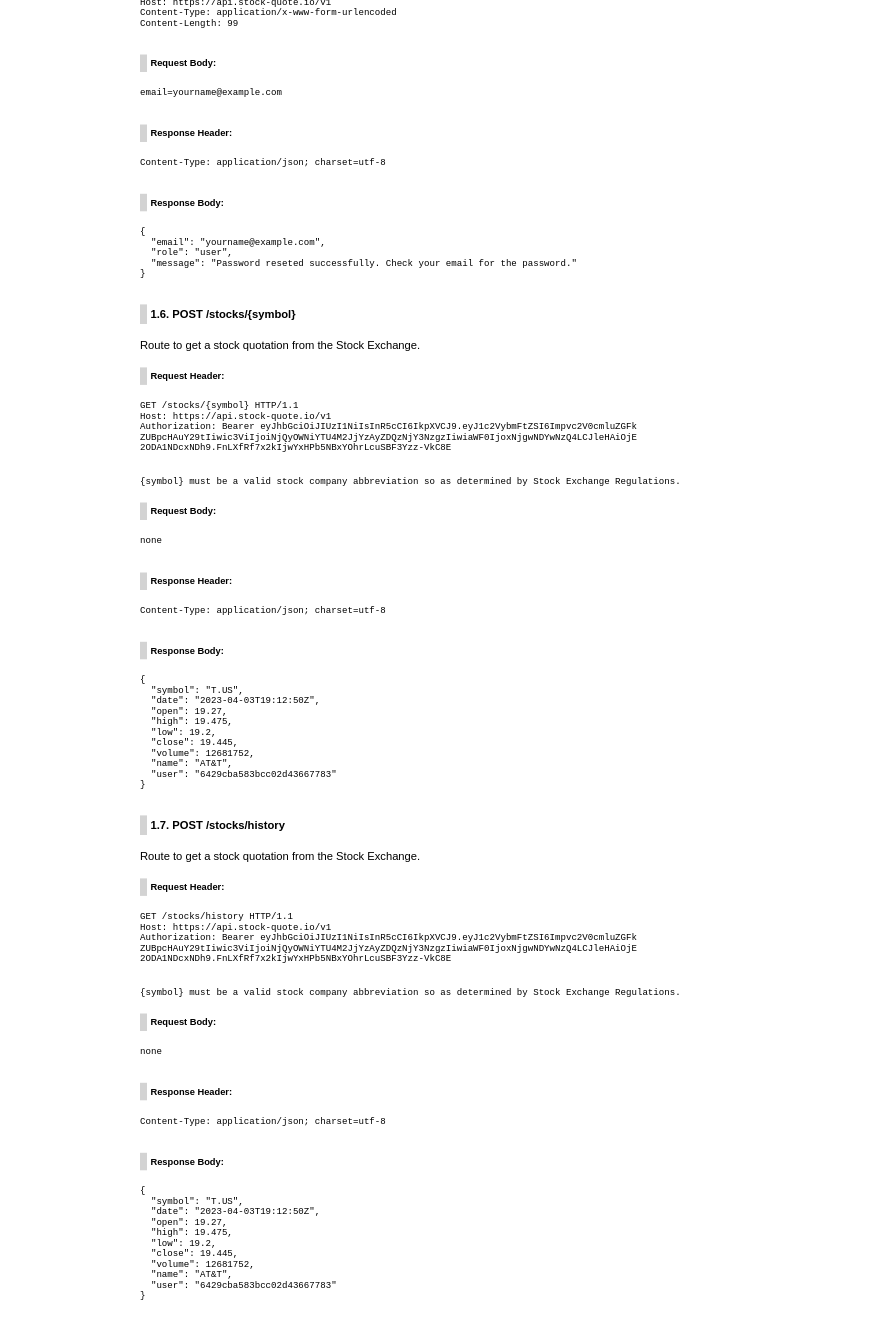
Repository: miguelamello/nest-js
Page: stock-service/reference.html
The author's editor kept a copy of each file at every save. The page is drawn from the files as they stood at one save, then again after the next save.
The browser window is 1280 px wide. The pictures show the part of the page from y = 3007 to 4927 px (the page is 4927 px tall before and 4893 px after), at 70% of full size.

Above is the page before, as saved 2023-04-03 14:32:42.

### stock-service/reference.html
<!DOCTYPE html>
<html lang="en">
<head>
  <meta charset="UTF-8">
  <meta http-equiv="X-UA-Compatible" content="IE=edge">
  <meta name="viewport" content="width=device-width, initial-scale=1.0">
  <title>STOCK QUOTE MICROSERVICE REFERENCE</title>
  <style>
    body {
      font-family: Arial, Helvetica, sans-serif;
      padding: 3% 15%;
    }
    h3 {
      padding: 5px;
      border-left: 10px solid lightgrey;
    }
    H4 {
      padding: 5px;
      border-left: 10px solid lightgrey
    }
    H5 {
      padding: 5px;
      border-left: 10px solid lightgrey
    }
    pre {
      margin: 0;
      overflow: auto;
    }
  </style>
</head>
<body>
  <h2>STOCK QUOTE MICROSERVICE REFERENCE</h2>
  <p>
    This Technical Specification Document describes the REST API for STOCK QUOTE MICROSERVICE.
    The API provides routes for user authentication, managing user accounts, and retrieving stock market data.
    The specification is written in Markdown and uses the OpenAPI Specification (OAS) format.
  </p>

  <p>
    <h3>1. Routes</h3>
    <p>
      All routes starts with the base URL: <code>https://api.stock-quote.io/v1</code>
    </p>

    <pre>
GET /                     //-> Accessing API documentation
GET /reference            //-> Accessing API reference
POST /auth/signup         //-> Creating new user
POST /auth/signin         //-> Getting JWT Token
POST /auth/reset-password //-> Resetting your password
GET /stocks/{symbol}      //-> Getting stock quotation
GET /stocks/stats         //-> Getting stock statistics
GET /stocks/history       //-> Getting stock history
    </pre>
  </p>

  <!-- 1.1. GET /  -->
  <p>
    <h4>1.1. GET /</h4>
    Route to return the HTML markup that displays the API
    Documentation in a easy and approuchable way.
  </p>
  <h5>Request Header:</h5>
  <pre>
GET / HTTP/1.1
Host: https://api.stock-quote.io/v1
  </pre>

  <h5>Request Body:</h5>
  <pre>
none
  </pre>

  <h5>Response Header:</h5>
  <pre>
Content-Type: text/html; charset=utf-8
  </pre>

  <h5>Response Body: </h5>

  <pre>
&lt;!DOCTYPE html&gt;
  &lt;html lang="en"&gt;
    &lt;head&gt;
      &lt;meta charset="UTF-8"&gt;
      &lt;meta http-equiv="X-UA-Compatible" content="IE=edge"&gt;
      &lt;meta name="viewport" content="width=device-width, initial-scale=1.0"&gt;
      &lt;title&gt;STOCK QUOTE MICROSERVICE DOCUMENTATION&lt;/title&gt;
      ...
  </pre>

  <!-- 1.2. GET /reference  -->
  <p>
    <h4>1.2. GET /reference</h4>
    Route to return the HTML markup that displays the API
    Reference in a detailed format.
  </p>
  <h5>Request Header:</h5>
  <pre>
GET /reference HTTP/1.1
Host: https://api.stock-quote.io/v1
  </pre>

  <h5>Request Body:</h5>
  <pre>
none
  </pre>

  <h5>Response Header:</h5>
  <pre>
Content-Type: text/html; charset=utf-8
  </pre>

  <h5>Response Body: </h5>

  <pre>
&lt;!DOCTYPE html&gt;
  &lt;html lang="en"&gt;
    &lt;head&gt;
      &lt;meta charset="UTF-8"&gt;
      &lt;meta http-equiv="X-UA-Compatible" content="IE=edge"&gt;
      &lt;meta name="viewport" content="width=device-width, initial-scale=1.0"&gt;
      &lt;title&gt;STOCK QUOTE MICROSERVICE REFERENCE&lt;/title&gt;
      ...
  </pre>

  <!-- 1.3. POST /auth/signup  -->
  <p>
    <h4>1.3. POST /auth/signup</h4>
    Route to create a new user to the API service.
  </p>
  <h5>Request Header:</h5>
  <pre>
POST /auth/signup HTTP/1.1
Host: https://api.stock-quote.io/v1
Content-Type: application/x-www-form-urlencoded
Content-Length: 35
  </pre>

  <h5>Request Body:</h5>
  <pre>
email=yourname@example.com&
role=user
  </pre>

  <h5>Response Header:</h5>
  <pre>
Content-Type: application/json; charset=utf-8
  </pre>

  <h5>Response Body: </h5>

  <pre>
{
  "email": "yourname@example.com",
  "role": "user",
  "message": "User created successfully. Check your email for the password."
}
  </pre>

  <!-- 1.4. POST /auth/signin  -->
  <p>
    <h4>1.4. POST /auth/signin</h4>
    Route to obtain a JWT token to access the API service.
  </p>
  <h5>Request Header:</h5>
  <pre>
POST /auth/signin HTTP/1.1
Host: https://api.stock-quote.io/v1
Content-Type: application/x-www-form-urlencoded
Content-Length: 56
  </pre>

  <h5>Request Body:</h5>
  <pre>
email=yourname@example.com&
password=e49015be5ba9752ab634b5649045bc56
  </pre>

  <h5>Response Header:</h5>
  <pre>
Content-Type: application/json; charset=utf-8
  </pre>

  <h5>Response Body: </h5>

  <pre>
{
  "access_token": "eyJhbGciOiJIUzI1NiIsInR5cCI6IkpXVCJ9.eyJ1c2VybmFtZSI6Im1pZ3VlbGFuZ2Vsb21lbGxvQGdt
  YWlsLmNvbSIsInN1YiI6IjY0Mjk4ODg1ZWI4YmU1YzI4NzE5ZWU4YSIsImlhdCI6MTY4MDUzMjQ0MiwiZXhwIjoxNjgwNjE4OD
  QyfQ.825oCeNJ2XdZUMuC-FZafONsoxtk1CIW5XBksBH3UTg"
}
  </pre>

  <!-- 1.5. POST /auth/reset-password  -->
  <p>
    <h4>1.5. POST /auth/reset-password</h4>
    Route to obtain a JWT token to access the API service.
  </p>
  <h5>Request Header:</h5>
  <pre>
POST /auth/reset-password HTTP/1.1
Host: https://api.stock-quote.io/v1
Content-Type: application/x-www-form-urlencoded
Content-Length: 99
  </pre>

  <h5>Request Body:</h5>
  <pre>
email=yourname@example.com
  </pre>

  <h5>Response Header:</h5>
  <pre>
Content-Type: application/json; charset=utf-8
  </pre>

  <h5>Response Body: </h5>

  <pre>
{
  "email": "yourname@example.com",
  "role": "user",
  "message": "Password reseted successfully. Check your email for the password."
}
  </pre>

  <!-- 1.6. POST /stocks/{symbol}  -->
  <p>
    <h4>1.6. POST /stocks/{symbol}</h4>
    Route to get a stock quotation from the Stock Exchange.
  </p>
  <h5>Request Header:</h5>
  <pre>
GET /stocks/{symbol} HTTP/1.1
Host: https://api.stock-quote.io/v1
Authorization: Bearer eyJhbGciOiJIUzI1NiIsInR5cCI6IkpXVCJ9.eyJ1c2VybmFtZSI6Impvc2V0cmluZGFk
ZUBpcHAuY29tIiwic3ViIjoiNjQyOWNiYTU4M2JjYzAyZDQzNjY3NzgzIiwiaWF0IjoxNjgwNDYwNzQ4LCJleHAiOjE
2ODA1NDcxNDh9.FnLXfRf7x2kIjwYxHPb5NBxYOhrLcuSBF3Yzz-VkC8E
  </pre>

  <p>
    <code>{symbol} must be a valid stock company abbreviation so as determined by Stock Exchange Regulations.</code>
  </p>

  <h5>Request Body:</h5>
  <pre>
none
  </pre>

  <h5>Response Header:</h5>
  <pre>
Content-Type: application/json; charset=utf-8
  </pre>

  <h5>Response Body: </h5>

  <pre>
{
  "symbol": "T.US",
  "date": "2023-04-03T19:12:50Z",
  "open": 19.27,
  "high": 19.475,
  "low": 19.2,
  "close": 19.445,
  "volume": 12681752,
  "name": "AT&T",
  "user": "6429cba583bcc02d43667783"
}
  </pre>

  <!-- 1.7. POST /stocks/history  -->
  <p>
    <h4>1.7. POST /stocks/history</h4>
    Route to get a stock quotation from the Stock Exchange.
  </p>
  <h5>Request Header:</h5>
  <pre>
GET /stocks/history HTTP/1.1
Host: https://api.stock-quote.io/v1
Authorization: Bearer eyJhbGciOiJIUzI1NiIsInR5cCI6IkpXVCJ9.eyJ1c2VybmFtZSI6Impvc2V0cmluZGFk
ZUBpcHAuY29tIiwic3ViIjoiNjQyOWNiYTU4M2JjYzAyZDQzNjY3NzgzIiwiaWF0IjoxNjgwNDYwNzQ4LCJleHAiOjE
2ODA1NDcxNDh9.FnLXfRf7x2kIjwYxHPb5NBxYOhrLcuSBF3Yzz-VkC8E
  </pre>

  <p>
    <code>{symbol} must be a valid stock company abbreviation so as determined by Stock Exchange Regulations.</code>
  </p>

  <h5>Request Body:</h5>
  <pre>
none
  </pre>

  <h5>Response Header:</h5>
  <pre>
Content-Type: application/json; charset=utf-8
  </pre>

  <h5>Response Body: </h5>

  <pre>
{
  "symbol": "T.US",
  "date": "2023-04-03T19:12:50Z",
  "open": 19.27,
  "high": 19.475,
  "low": 19.2,
  "close": 19.445,
  "volume": 12681752,
  "name": "AT&T",
  "user": "6429cba583bcc02d43667783"
}
  </pre>

</body>
</html>

After the next save:
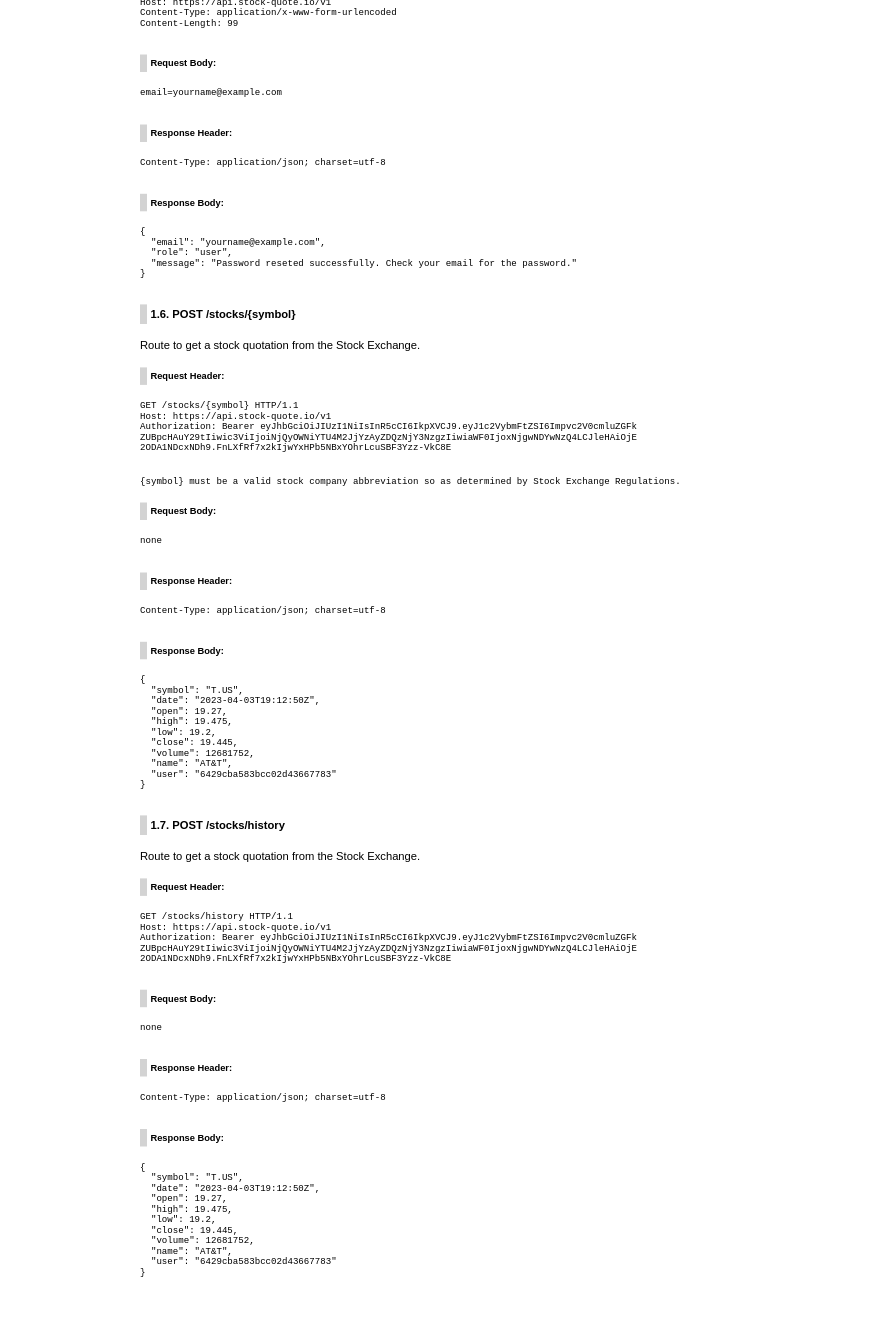
Saved 4 s later.
--- a/stock-service/reference.html
+++ b/stock-service/reference.html
@@ -283,10 +283,6 @@ ZUBpcHAuY29tIiwic3ViIjoiNjQyOWNiYTU4M2JjYzAyZDQzNjY3NzgzIiwiaWF0IjoxNjgwNDYwNzQ4
 2ODA1NDcxNDh9.FnLXfRf7x2kIjwYxHPb5NBxYOhrLcuSBF3Yzz-VkC8E
   </pre>
 
-  <p>
-    <code>{symbol} must be a valid stock company abbreviation so as determined by Stock Exchange Regulations.</code>
-  </p>
-
   <h5>Request Body:</h5>
   <pre>
 none
